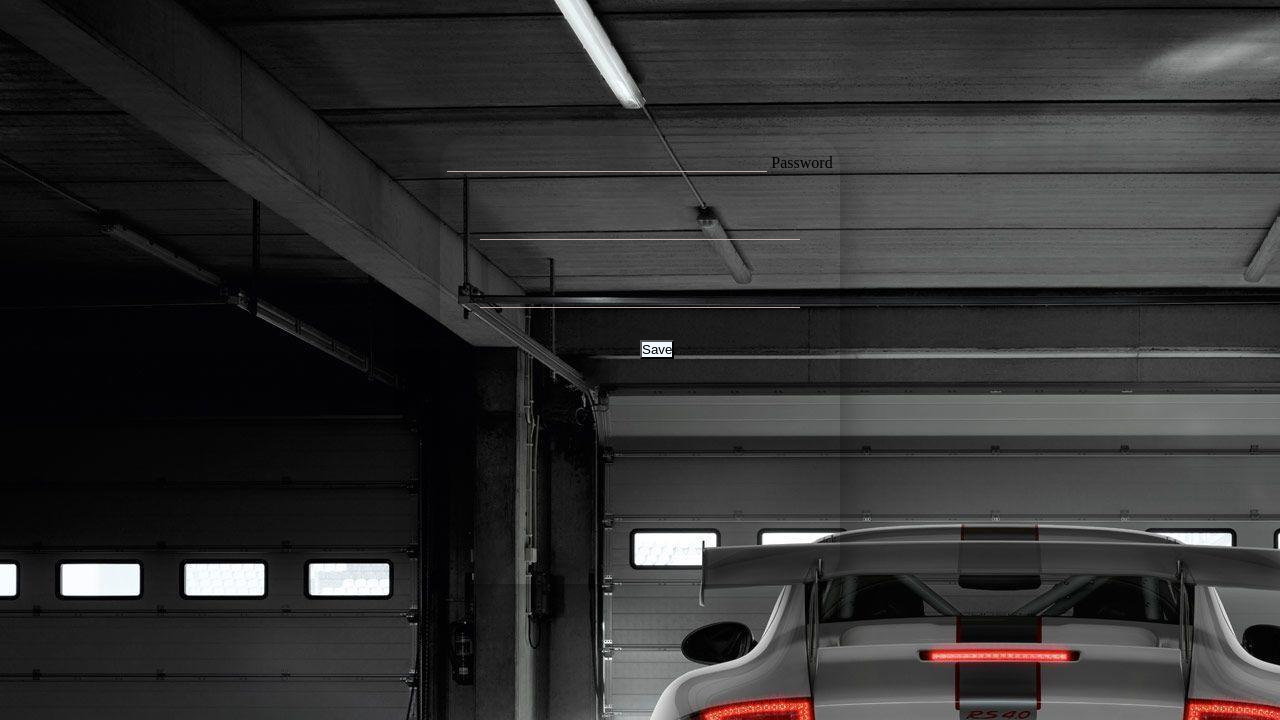
Repository: rkrukshan/Glass_Login_CSS
Page: login.html
These files come from the project's save history. The page is drawn as it stood at one moment and after the next save; the edit follows.
The browser window is 1280 px wide. The pictures show the whole page.

Above is the page before, as saved 2023-10-03 20:04:07.

### login.html
<!DOCTYPE html>
<html lang="en">
<head>
    <style>
    *
    {
        margin: 0;
        padding: 0;
        box-sizing: border-box;
        cursor: pointer;
    }
    body
    {
        height: 100vh;
        width: 100%;
        display: flex;
        justify-content: center;
        align-items: center;
    }
    form
    {
        width: 25rem;
        height: 28rem;
        flex-direction: column;
        background: rgba(91, 209, 255, 0.06);
        box-shadow: 0 8px 41px 0 rgba(0, 0, 0, 0.37);
        border-radius: 30px;
        border-left: 1px solid rgba(red, green, blue, .3);
        border-top: 1px solid rgba(red, green, blue, .3);
        background:transparent;
        border:solid 1px rgb(black)
    }
    input
    {
      width: 80%;
      margin: 5% auto;
      margin-bottom: 8%;
      border: none;
      outline: none;
      background: transparent;
      color: white;
      border-bottom: 1px solid rgb(202, 185, 185);
      opacity: .9;
    }
    button
    {
        background-color: aliceblue;
        position: absolute;
        align-items:center;

    }
    </style>
    <meta charset="UTF-8">
    <meta name="viewport" content="width=device-width, initial-scale=1.0">
    <title>Document</title>
</head>
<body style="background-image: url(images/1.jpg);">
    <form action="">
        <center>
<center></center>
        <input type="text">
<label for="">Password</label>
        <input type="text">
<label for=""></label>
        <input type="text">
        <br>
        <button>Save</button>
    </center>
    </form>
</body>
</html>

After the next save:
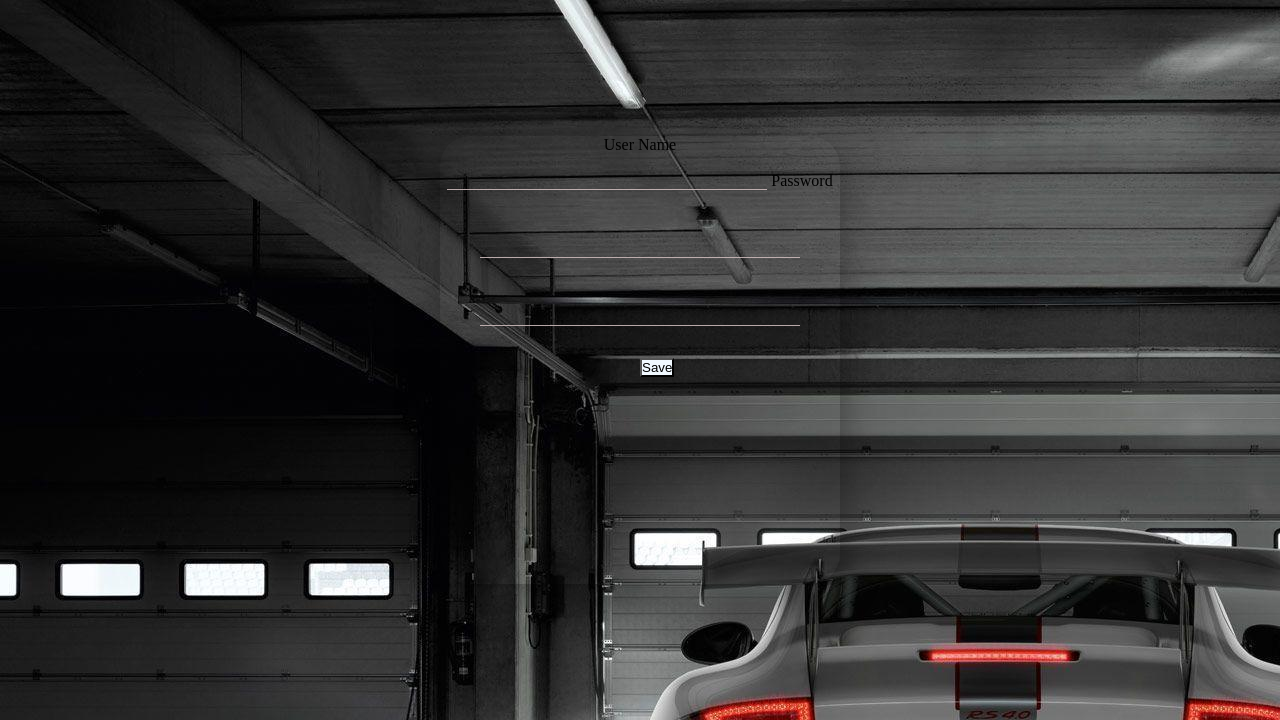
Saved 5 s later.
--- a/login.html
+++ b/login.html
@@ -57,7 +57,7 @@
 <body style="background-image: url(images/1.jpg);">
     <form action="">
         <center>
-<center></center>
+<center><label for="">User Name</label></center>
         <input type="text">
 <label for="">Password</label>
         <input type="text">
